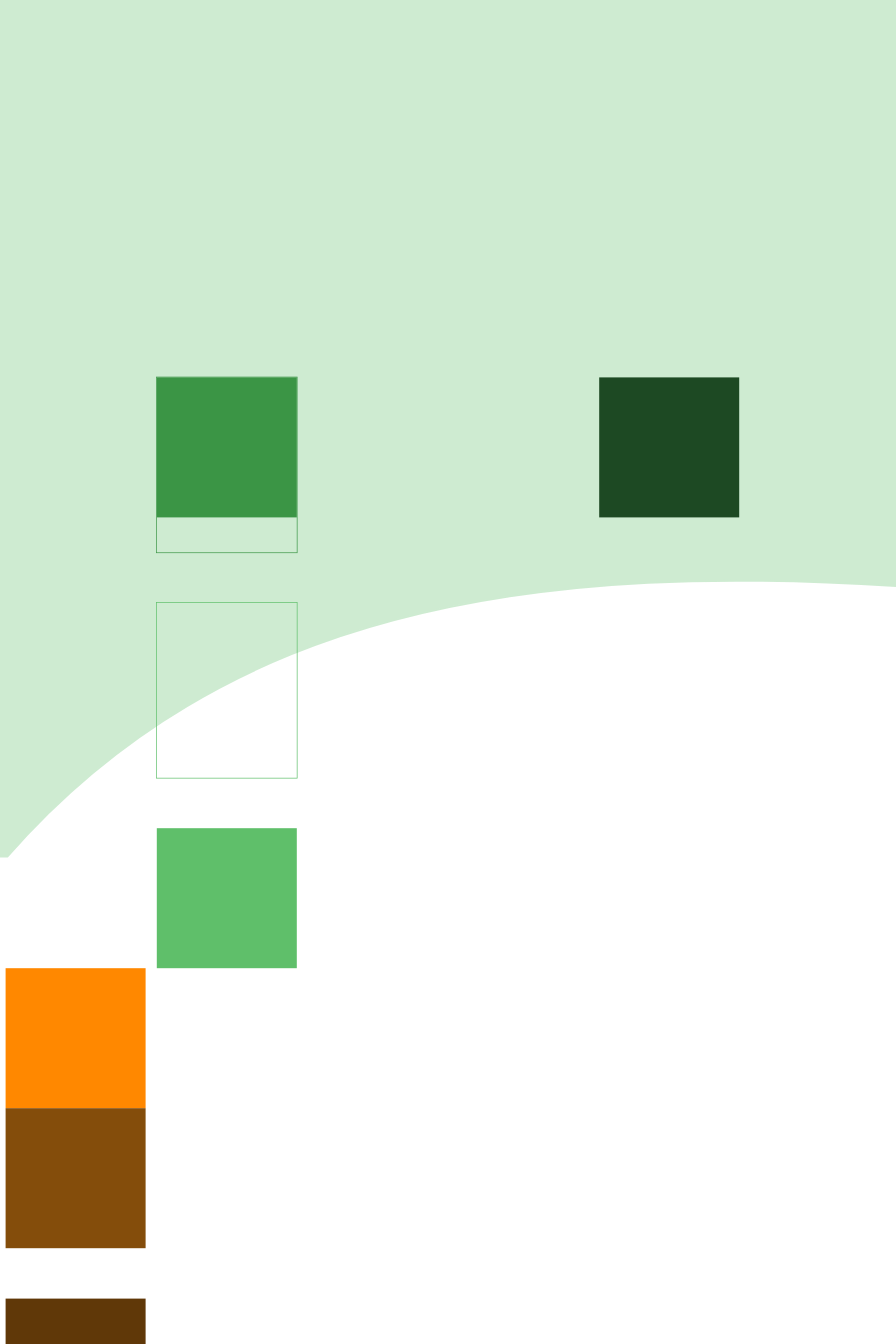
Repository: jjennbui/seedsprout_styleguide
Page: pages/colorPalette.html
These files come from the project's save history. The page is drawn as it stood at one moment and after a run of saves; the edit follows.
The browser window is 1280 px wide. The pictures show the part of the page from y = 443 to 2363 px (the page is 3050 px tall), at 70% of full size.
Some web fonts or font styles are not loaded; a fallback is used.

Above is the page before, as saved 2023-03-11 01:13:50.

### pages/colorPalette.html
<!DOCTYPE html>
<html lang="en">

<head>
    <meta charset="UTF-8">
    <meta http-equiv="X-UA-Compatible" content="IE=edge">
    <meta name="viewport" content="width=device-width, initial-scale=1.0">
    <link rel="stylesheet" href="../styles/home.css">
    <title>Document</title>
</head>
<body>

    <header>
        <div class="navBar_container">
            <div class="navBar_logo_container">
                <img src="../public/logo/Logo.svg" width="30" />
            </div>
            <div class="navBar_links_container">
                <a class="navBar_links" href="./index.html">
                    <h1>Home</h1>
                </a>
                <a class="navBar_links" href="./logo.html">
                    <h1>Logo</h1>
                </a>
                <a class="navBar_links" href="./typography.html">
                    <h1>Typography</h1>
                </a>
                <a class="navBar_links" href="./colorPalette.html">
                    <h1>Color Palette</h1>
                </a>
                <a class="navBar_links" href="./iconsAndGraphics.html">
                    <h1>Icons and Graphics</h1>
                </a>
            </div>
        </div>
    </header>

    <div>
        <h1 class="color_text_h1">Color Palette</h1>
    </div>

    <div class="colors-container">
        <div class="left-color-container">
            <div class=" forest-box-size"><div class="color-forestgreen"></div></div>
            <div class=" mantis-box-size"></div><div class="color-mantisgreen"></div></div>
            <div class=" calpoly-box-size"></div><div class="color-calpolygreen"></div></div>
            <div class=" orange-box-size"></div><div class="color-darkorange"></div></div>
        </div>
        <div class="right-color-container">
            <div class="color-chocolate-brown"></div>
            <div class="color-sepia-brown"></div>
            <div class="color-bistre-brown"></div>
            <div class="color-azure-blue"></div>
        </div>

    </div>
</body>
</html>

### styles/home.css
@import url('https://fonts.googleapis.com/css2?family=Jost:ital,wght@0,100;0,200;0,300;0,400;0,500;0,600;0,700;0,800;0,900;1,100;1,200;1,300;1,400;1,500;1,600;1,700;1,800;1,900&display=swap');
@import url('https://fonts.googleapis.com/css2?family=Philosopher:ital,wght@0,400;0,700;1,400;1,700&display=swap');

body {
    background-image: url(../public/background-img/background.svg);
    background-size: cover;
    background-repeat: no-repeat;
    font-family: 'Jost', sans-serif;
    font-size: 16px;
}

/**Colors*/
:root {
    --lightGreen: #EBFFEE;
    --mantisGreen: #5FBF6A;
    --sproutGreen: #3B9545;
    --polyGreen: #1D4923;
    --chocolateBrown: #844D0B;
    --seedBrown: #603808;
    --darkBrown: #392105;
    --vegeOrange: #FF8800;
    --fruitBlue: #4F86F7;
}

/**contains everything in the body*/
.main {
    padding: 3rem;
}

/**First div that holds the entire navBar*/
.navBar_container {
    width: 100%;
    background: var(--mantisGreen);
    opacity: 0.9;
    gap: 1rem;
    margin: 0;
    border-radius: 3rem;
    display: flex;
}

/**container than holds the logo in the navBar*/
.navBar_logo_container {
    display: flex;
    justify-content: center;
    align-items: center;
    background-color: var(--lightGreen);
    border-radius: 3rem;
    padding: 0.5rem;
    width: 8%;
}

/**Container that holds all the links in the navBar*/
.navBar_links_container {
    display: flex;
    align-items: center;
    justify-content: space-around;
    flex-grow: 1;
    flex-wrap: wrap;
}

/**links in the navBar*/
.navBar_links {
    font-family: 'philosopher', sans-serif;
    text-decoration: none;
    color: black;
    font-size: 0.8rem;
}

/**Body Content*/
/**container that holds body content*/
.body_container {
    display: flex;
    justify-content: center;
    align-items: flex-end;
    flex-wrap: wrap;
}

.text_container{
    display: flex;
}
/**contains text*/
.text_content {
    display: flex;
    flex-direction: column;
    justify-content: center;
    align-items: flex-start;
    width: 50vw;
    height: 70vh;
}

/**home text content*/
.home_content_headerOne {
    font-size: 5rem;
    margin: 0;
    line-height: 5.5rem;
}

.home_content_headerFour {
    font-size: 2rem;
    margin-top: 2rem;
    margin-bottom: 0.2rem;
    font-weight: 400;
    color: var(--polyGreen);
    line-height: 2.5rem;
}

.home_content_p {
    font-size: 1rem;
    margin: 0;
}

.body_content_logo_container{
    display: flex;
    flex-direction: column;
    justify-content: flex-start;
}
/**home page logo in body content*/
.body_content_logo {
    width: 22rem;
}

.logo_shadow{
    background-color: black;
    height: 1rem;
    border-radius: 100%;
    opacity: 0.2;
}

/** color-palette style*/

.color-forestgreen{
    height: 200px;
    width: 200px;
    background-color: #3B9545;

}
.color-mantisgreen{
    height: 200px;
    width: 200px;
    background-color:#5FBF6A;
}
.color-calpolygreen{
    height: 200px;
    width: 200px;
    background-color:#1D4923;
}
.color-darkorange{
    height: 200px;
    width: 200px;
    background-color:#FF8800;
}
.color-chocolate-brown{
    height: 200px;
    width: 200px;
    background-color:#844D0B;
}
.color-sepia-brown{
    height: 200px;
    width: 200px;
    background-color:#603808;
}
.color-bistre-brown{
    height: 200px;
    width: 200px;
    background-color:#392105;
}
.color-azure-blue{
    height: 200px;
    width: 200px;
    background-color:#4F86F7;
}
.colors-container{
    display: flex;
    flex-direction: row;
    justify-content: space-evenly;
    margin-top: 100vh;
}
.left-color-container{
    display: flex;
    flex-direction: column;
    justify-content: space-evenly;
    gap: 10vh;
}
.right-color-container{
    display: flex;
    flex-direction: column;
    justify-content: space-evenly;
    gap: 10vh;
}

.color_text_h1 {
    margin-top: 10vh;
    font-size: 5rem;
    margin: 10vh;
}
.forest-box-size{
    height: 250px;
    width: 200px;

    outline: #3B9545 solid 1px;
}
.mantis-box-size{
    height: 250px;
    width: 200px;

    outline: #5FBF6A solid 1px;
}
.mantis-box-size{
    height: 250px;
    width: 200px;

    outline: #5FBF6A solid 1px;
}




/**Need to add breaking points for responsiveness*/

/* Mobile */
@media screen and (max-width: 600px) {

    .colors-container{
        display: flex;
        flex-direction: column;
        justify-content:center;
        margin-top: 150vh;
        gap: 10vh;
        margin-left: 20vw;
    }


  }

After the next 3 saves:
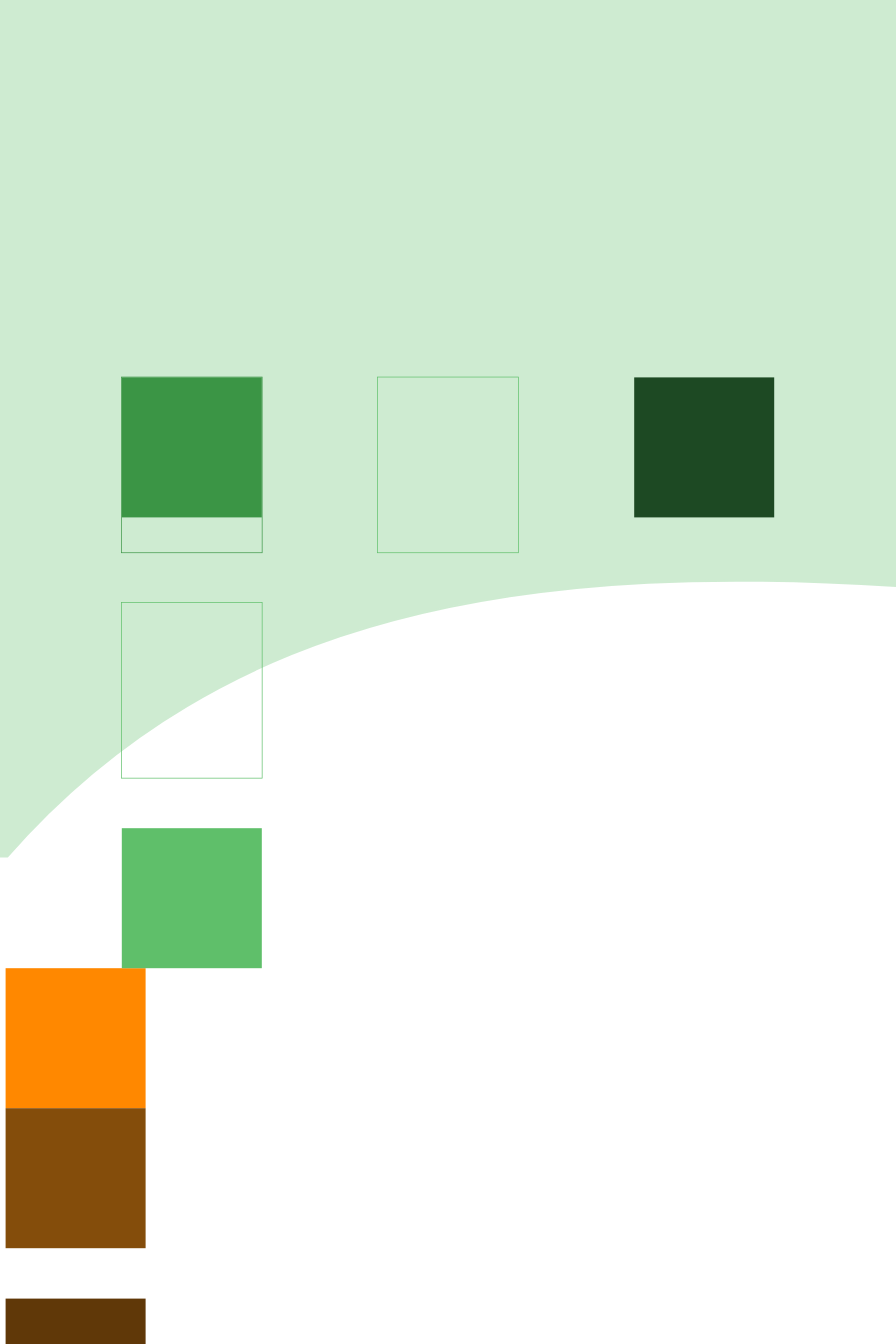
The 3 saves are shown as one change because they came seconds apart.
The last was saved 11 s later.
--- a/styles/home.css
+++ b/styles/home.css
@@ -205,7 +205,7 @@ body {
 
     outline: #5FBF6A solid 1px;
 }
-.mantis-box-size{
+.calpoly-box-size{
     height: 250px;
     width: 200px;
 
